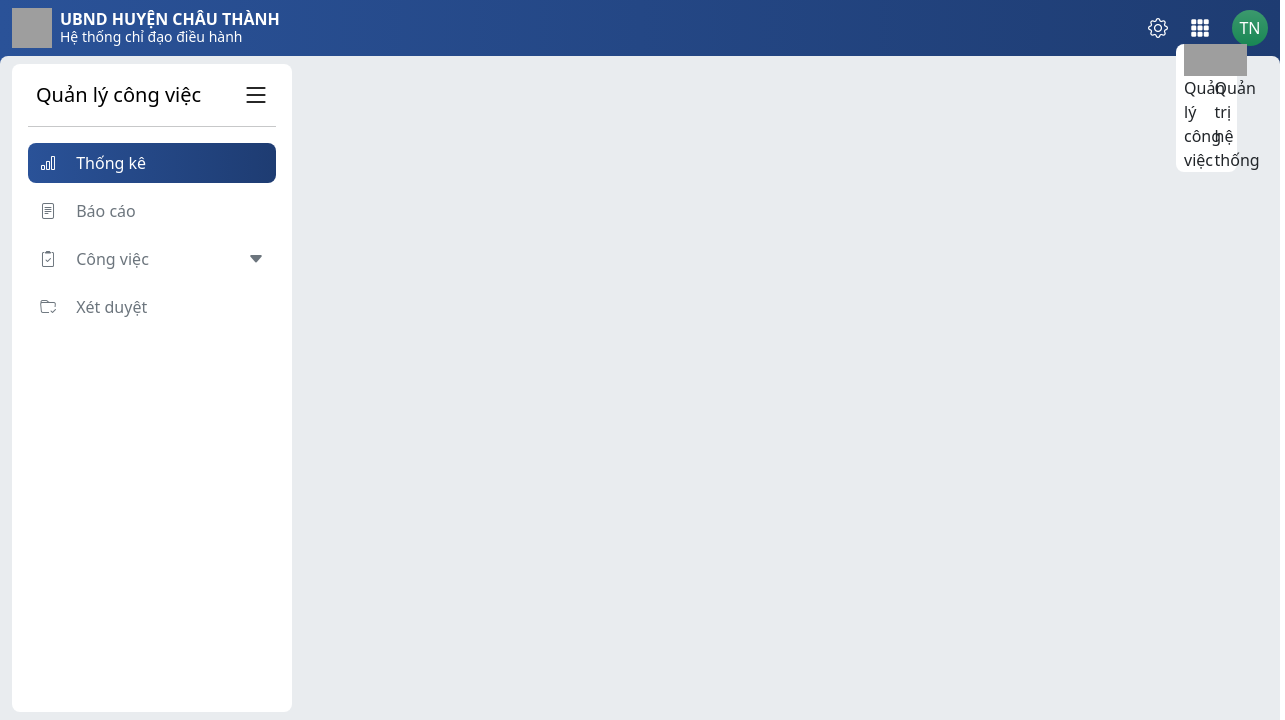
Repository: mys-pro/DATT-HeThongChiDaoDieuHanh
Page: index.html
An editor plug-in stored every save of this project. The page is shown before and after the next save, followed by the edit.
The browser window is 1280 px wide. The page is 1280 px wide, then 1285 px, so the pictures cover 1285 px, including what lies to the right of the window. The pictures show the whole page.
Pictures or frames that could not be fetched are drawn as grey boxes.

Above is the page before, as saved 2024-04-21 15:00:47.

After the next save:
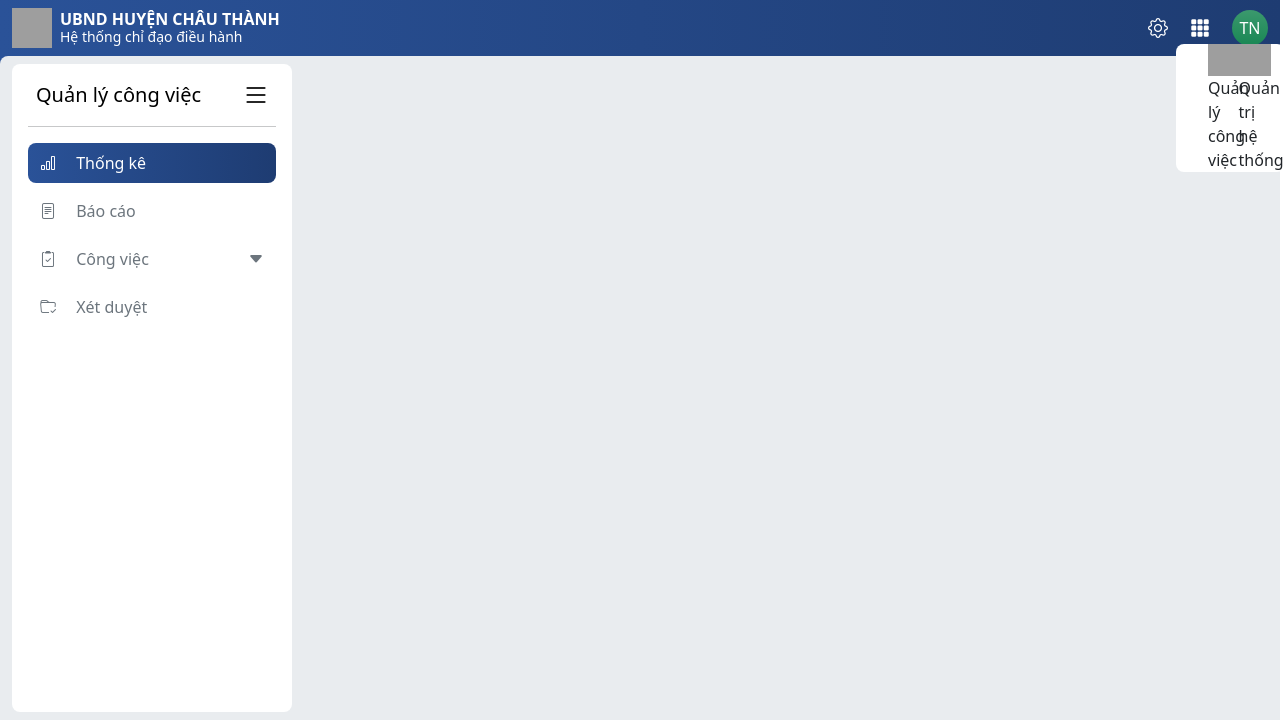
Saved 5 s later.
--- a/index.html
+++ b/index.html
@@ -38,7 +38,7 @@
                             id="dropdown-apps">
                                 <i class="bi bi-grid-3x3-gap-fill fs-5"></i>
                             </button>
-                            <div class="row row-cols-2 gx-3 bg-white rounded-3 position-absolute" id="list-apps">
+                            <div class="row row-cols-2 gx-3 bg-white rounded-3 position-absolute px-4" id="list-apps">
                                 <div class="col">
                                     <img src="./Assets/Image/task-icon.png" alt="" width="32px" height="32px">
                                     Quản lý công việc
